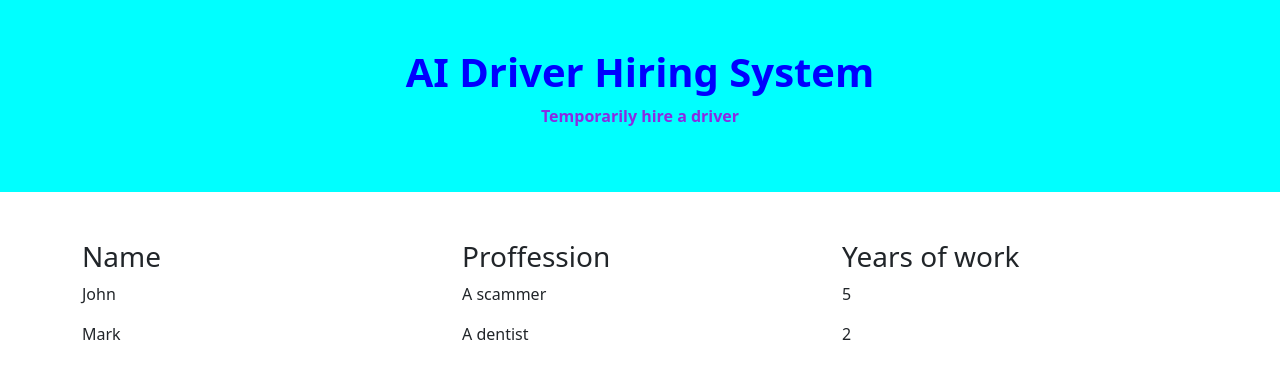
Repository: Wuda2000/AI-powered-Driver-hiring-system
Page: ONE.html
These files come from the project's save history. The page is drawn as it stood at one moment and after a run of saves; the edit follows.
The browser window is 1280 px wide. The pictures show the whole page.

Above is the page before, as saved 2024-12-23 22:27:46.

After the next 3 saves:
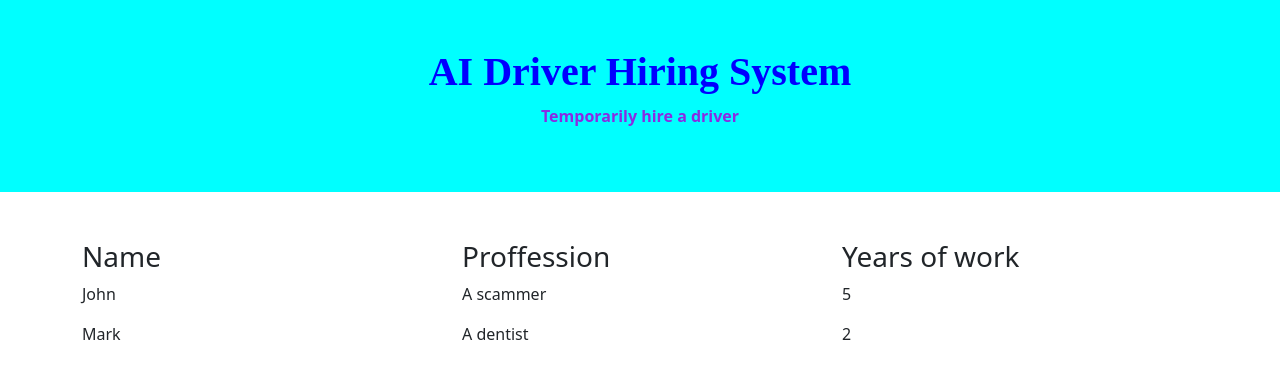
The 3 saves are shown as one change because they came seconds apart.
The last was saved 10 s later.
--- a/ONE.html
+++ b/ONE.html
@@ -11,7 +11,7 @@
 
 
     <div class="container-fluid p-5 text-white text-center" style="background-color: aqua;">
-        <h1 style="color: blue; font-family: ;" ><b>AI Driver Hiring System</b></h1>
+        <h1 style="color: blue; font-family:'Times New Roman', Times, serif;" ><b>AI Driver Hiring System</b></h1>
         <p style="color: blueviolet;"><b>Temporarily hire a driver</b></p>
       </div>
 
